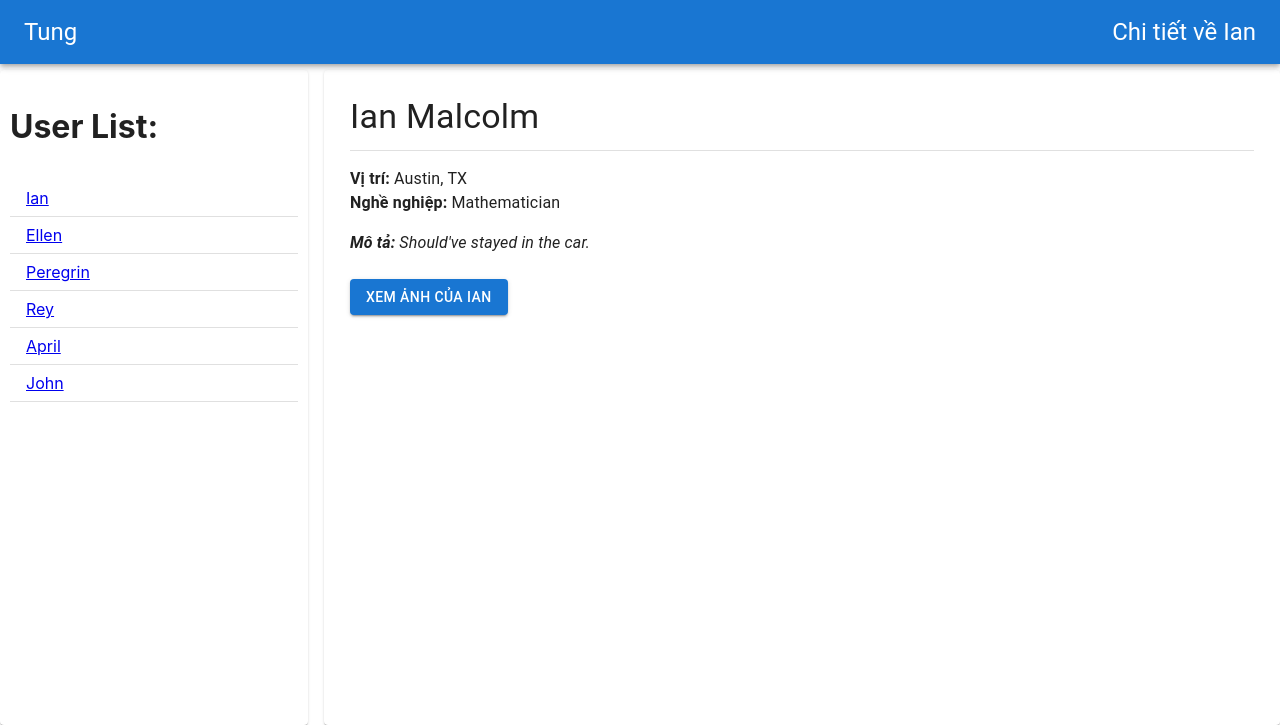
Repository: Trung0810/photo-sharing-v1
Page: /users/57231f1a30e4351f4e9f4bd7
These files come from the project's save history. The page is drawn as it stood at one moment and after the next save; the edit follows.
The browser window is 1280 px wide. The pictures show the whole page.
The project was rebuilt for these pictures with package versions that can differ from the ones it lists, and the page was loaded fresh each time. Also part of the build but not shown: src/modelData/models.js, src/components/UserPhotos/index.jsx.

Above is the page before, as saved 2026-04-04 15:37:20.

### src/App.js
import "./App.css";

import React from "react";
import { Grid, Typography, Paper } from "@mui/material";
import { BrowserRouter as Router, Route, Routes, Link } from "react-router-dom";

import TopBar from "./components/TopBar";
import UserDetail from "./components/UserDetail";
import UserList from "./components/UserList";
import UserPhotos from "./components/UserPhotos";

const App = (props) => {
  return (
    <Router>
      <div>
        <Grid container spacing={2}>
          <Grid item xs={12}>
            <TopBar />
          </Grid>
          <div className="main-topbar-buffer" />
          <Grid item sm={3}>
            <Paper className="main-grid-item">
              <UserList />
            </Paper>
          </Grid>
          <Grid item sm={9}>
            <Paper className="main-grid-item">
              <Routes>
                <Route path="/users/:userId" element={<UserDetail />} />
                <Route path="/photos/:userId" element={<UserPhotos />} />
                <Route path="/users" element={<UserList />} />
              </Routes>
            </Paper>
          </Grid>
        </Grid>
      </div>
    </Router>
  );
};

export default App;

### src/App.css
.main-topbar-buffer {
  margin-top: 70px;
}

.main-grid-item {
  height: calc(100vh - 85px);
  padding: 10px;
}

### src/components/TopBar/index.jsx
import React, { useState, useEffect } from "react";
import { AppBar, Toolbar, Typography } from "@mui/material";
import { useLocation } from "react-router-dom";
import fetchModel from "../../lib/fetchModelData";
import "./styles.css";
import models from "../../modelData/models";

function TopBar() {
  const location = useLocation();
  const [userName, setUserName] = useState("");
  const path = location.pathname;

  useEffect(() => {
    const parts = path.split("/");
    if ((parts[1] === "users" || parts[1] === "photos") && parts[2]) {
      const userId = parts[2];
      const user = models.userModel(userId);
      setUserName(user.first_name);
    } else {
      setUserName("");
    }
  }, [path]);

  const getContextText = () => {
    if (path.startsWith("/users/")) return `Chi tiết về ${userName}`;
    if (path.startsWith("/photos/")) return `Ảnh của ${userName}`;
    return "";
  };

  return (
    <AppBar className="topbar-appBar" position="absolute">
      <Toolbar>
        <Typography variant="h5" color="inherit" sx={{ flexGrow: 1 }}>
          Tung
        </Typography>
        <Typography variant="h5" color="inherit">
          {getContextText()}
        </Typography>
      </Toolbar>
    </AppBar>
  );
}

export default TopBar;

### src/components/UserDetail/index.jsx
import React, { useState } from "react";
import { Typography, Button, Box, Divider } from "@mui/material";
import { Link, useParams } from "react-router-dom";
import "./styles.css";
import models from "../../modelData/models";

function UserDetail() {
  const { userId } = useParams();
  const user = models.userModel(userId);

  return (
    <Box sx={{ padding: 2 }}>
      {/* <Typography variant="body1">
        This should be the UserDetail view of the PhotoShare app. Since it is
        invoked from React Router the params from the route will be in property
        match. So this should show details of user: {user.userId}. You can fetch
        the model for the user from models.userModel.
      </Typography> */}
      <Typography variant="h4" gutterBottom>
        {user.first_name} {user.last_name}
      </Typography>
      <Divider sx={{ marginBottom: 2 }} />
      <Box sx={{ marginBottom: 3 }}>
        <Typography variant="body1">
          <strong>Vị trí:</strong> {user.location}
        </Typography>
        <Typography variant="body1">
          <strong>Nghề nghiệp:</strong> {user.occupation}
        </Typography>
        <Typography variant="body1" sx={{ marginTop: 2, fontStyle: "italic" }}>
          <strong>Mô tả:</strong> {user.description}
        </Typography>
      </Box>
      <Button
        variant="contained"
        color="primary"
        component={Link}
        to={`/photos/${userId}`}
      >
        Xem ảnh của {user.first_name}
      </Button>
    </Box>
  );
}

export default UserDetail;

### src/components/UserList/index.jsx
import React, { Fragment } from "react";
import {
  Divider,
  List,
  ListItem,
  ListItemText,
  Typography,
} from "@mui/material";

import "./styles.css";
import models from "../../modelData/models";
import { Link } from "react-router-dom";

/**
 * Define UserList, a React component of Project 4.
 */
function UserList() {
  const users = models.userListModel();
  return (
    <div>
      {/* <Typography variant="body1">
        This is the user list, which takes up 3/12 of the window. You might
        choose to use <a href="https://mui.com/components/lists/">Lists</a> and{" "}
        <a href="https://mui.com/components/dividers/">Dividers</a> to display
        your users like so:
      </Typography> */}
      <h2 style={{ fontSize: "32px" }}>User List:</h2>
      <List component="nav">
        {users.map((item) => (
          <Fragment key={item._id}>
            <ListItem>
              <Link to={`/users/${item._id}`}>{item.first_name}</Link>
            </ListItem>
            <Divider />
          </Fragment>
        ))}
      </List>
      {/* <Typography variant="body1">
        The model comes in from models.userListModel()
      </Typography> */}
    </div>
  );
}

export default UserList;

### src/lib/fetchModelData.js
/**
 * fetchModel - Fetch a model from the web server.
 *
 * @param {string} url      The URL to issue the GET request.
 *
 */
function fetchModel(url) {
  const models = null;
  return models;
}

export default fetchModel;

### src/components/TopBar/styles.css
.topbar-appBar {
  height: 60;
  justify-content: "center";
}

Loaded but not shown: public/index.html (common file); src/index.js (common file); src/index.css (common file); src/reportWebVitals.js (common file); src/components/UserDetail/styles.css (no stored copy; drawn as an empty file); src/components/UserList/styles.css (no stored copy; drawn as an empty file); src/components/UserPhotos/styles.css (no stored copy; drawn as an empty file)

After the next save:
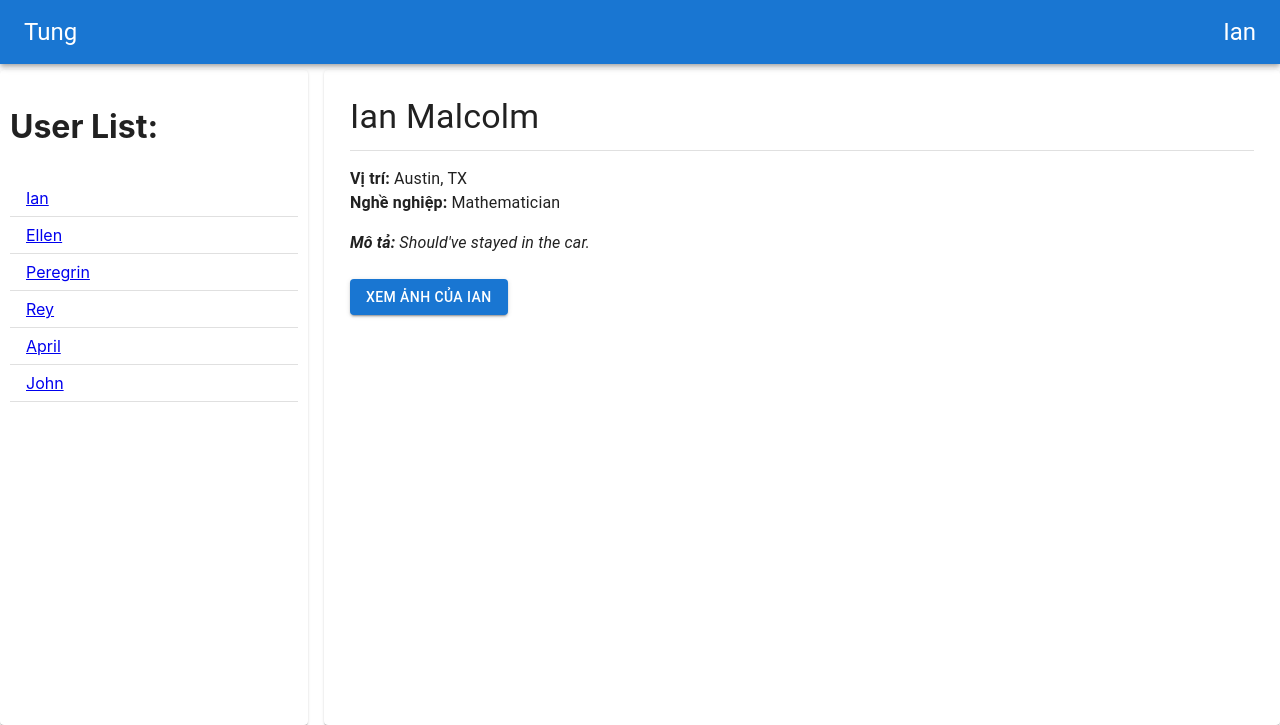
Saved 2 min 0 s later.
--- a/src/components/TopBar/index.jsx
+++ b/src/components/TopBar/index.jsx
@@ -1,7 +1,6 @@
 import React, { useState, useEffect } from "react";
 import { AppBar, Toolbar, Typography } from "@mui/material";
 import { useLocation } from "react-router-dom";
-import fetchModel from "../../lib/fetchModelData";
 import "./styles.css";
 import models from "../../modelData/models";
 
@@ -22,8 +21,8 @@ function TopBar() {
   }, [path]);
 
   const getContextText = () => {
-    if (path.startsWith("/users/")) return `Chi tiết về ${userName}`;
-    if (path.startsWith("/photos/")) return `Ảnh của ${userName}`;
+    if (path.startsWith("/users/")) return `${userName}`;
+    if (path.startsWith("/photos/")) return `Photos of ${userName}`;
     return "";
   };
 
